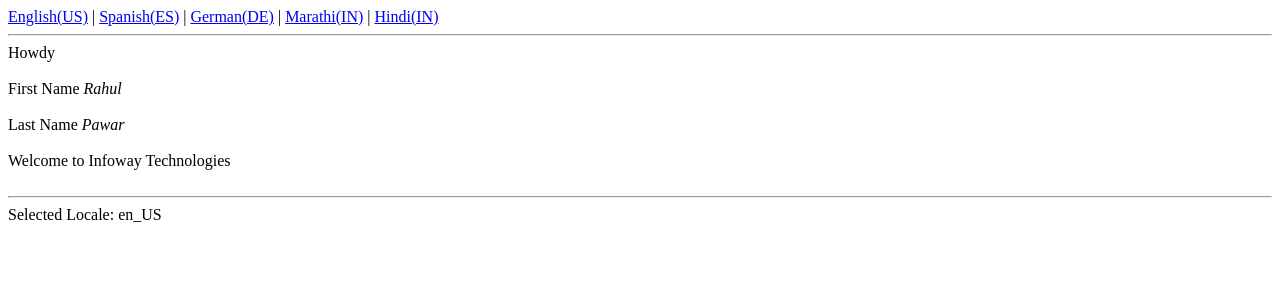
Repository: Gunjan1908/AdvanceJava
Page: http://localhost/tagdemo/i18n-messages-test.jsp?theLocale=en_US
The author's editor kept a copy of each file at every save. The page is drawn from the files as they stood at one save, then again after the next save.
The browser window is 1280 px wide. The pictures show the whole page.
The page is served by Tomcat 9.

Above is the page before, as saved 2023-11-29 07:17:37.

After the next save:
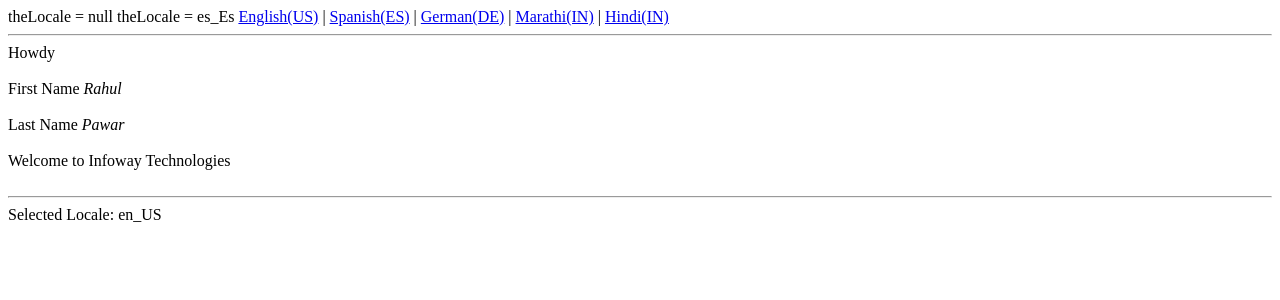
Saved 17 min 55 s later.
--- a/tagdemo/WebContent/i18n-messages-test.jsp
+++ b/tagdemo/WebContent/i18n-messages-test.jsp
@@ -7,6 +7,10 @@
 <head>
 <meta http-equiv="Content-Type" content="text/html; charset=UTF-8">
 <title>Internationalization</title>
+
+theLocale = null
+theLocale = es_Es
+
 
 <c:set var="theLocale"
 value="${not empty param.theLocale ? param.theLocale : pageContext.request.locale}" scope="session" />
